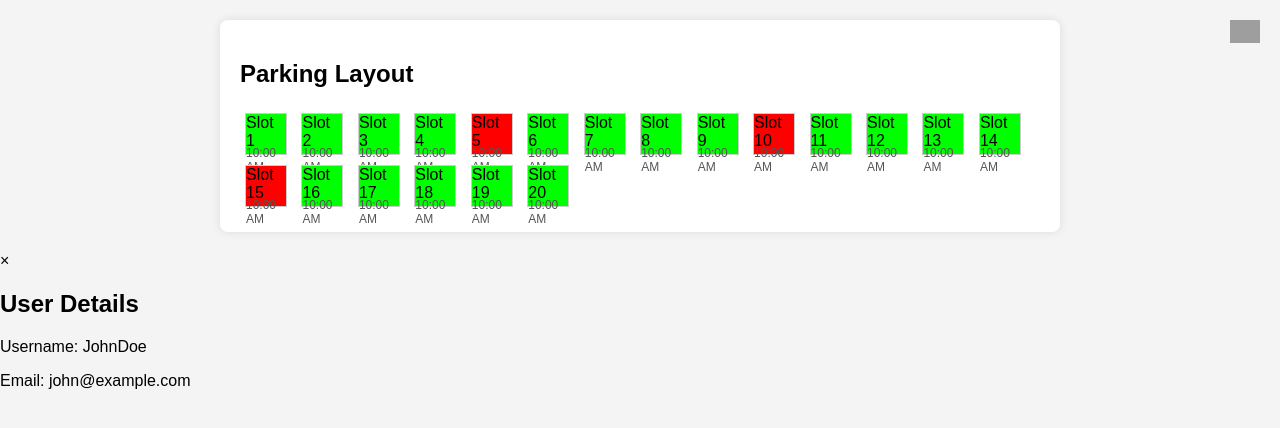
Repository: suryavishakan/parking_management
Page: http://localhost/slots
These files come from the project's save history. The page is drawn as it stood at one moment and after a run of saves; the edit follows.
The browser window is 1280 px wide. The pictures show the whole page.
Pictures or frames that could not be fetched are drawn as grey boxes. The page is served by the project's application, run on Flask 3 (app.py).

Above is the page before, as saved 2024-04-21 15:01:02.

### templates/slots.html
<!DOCTYPE html>
<html lang="en">
<head>
    <meta charset="UTF-8">
    <meta name="viewport" content="width=device-width, initial-scale=1.0">
    <title>Parking System</title>
    <style>
        body {
            font-family: Arial, sans-serif;
            margin: 0;
            padding: 0;
            background-color: #f4f4f4;
        }
        .parking-layout {
            max-width: 800px;
            margin: 20px auto;
            padding: 20px;
            background-color: #fff;
            border-radius: 8px;
            box-shadow: 0 0 10px rgba(0, 0, 0, 0.1);
        }
        .slot {
            width: 40px;
            height: 40px;
            background-color: #00ff00; /* Green by default */
            border: 1px solid #ccc;
            display: inline-block;
            margin: 5px;
            position: relative;
        }
        .slot.booked {
            background-color: #ff0000; /* Red if booked */
        }
        .slot .time {
            position: absolute;
            bottom: -20px;
            right: 0;
            font-size: 12px;
            color: #555;
        }
        .user-details {
            position: fixed;
            top: 20px;
            right: 20px;
            cursor: pointer;
        }
    </style>
</head>
<body>
    <div class="parking-layout">
        <h2>Parking Layout</h2>
        <div class="slots">
            <!-- Generate parking slots dynamically -->
            <!-- For demonstration purposes, let's assume slots 5, 10, and 15 are booked -->
            <!-- In real application, this data would come from backend -->
            {% for slot in range(1, 21) %}
                <div class="slot {% if slot in [5, 10, 15] %}booked{% endif %}">
                    Slot {{ slot }}
                    <div class="time">10:00 AM</div> <!-- Change this with actual time from backend -->
                </div>
            {% endfor %}
        </div>
    </div>

    <!-- User details modal -->
    <div id="userDetailsModal" class="modal">
        <div class="modal-content">
            <span class="close">&times;</span>
            <!-- Add user details here -->
            <div id="userDetails"></div>
            <h2>User Details</h2>
            <p>Username: JohnDoe</p>
            <p>Email: john@example.com</p>
            <!-- Add more user details as needed -->
        </div>
    </div>

    <div class="user-details" id="userDetailsBtn">
        <img src="user_icon.png" alt="User Icon" width="30">
    </div>

    <script>
        // Get the modal
        var modal = document.getElementById("userDetailsModal");

        // Get the button that opens the modal
        var btn = document.getElementById("userDetailsBtn");

        // Get the <span> element that closes the modal
        var span = document.getElementsByClassName("close")[0];

        // When the user clicks the button, open the modal
        btn.onclick = function() {
            modal.style.display = "block";
        }

        // When the user clicks on <span> (x), close the modal
        span.onclick = function() {
            modal.style.display = "none";
        }

        // When the user clicks anywhere outside of the modal, close it
        window.onclick = function(event) {
            if (event.target == modal) {
                modal.style.display = "none";
            }
        }
    </script>
</body>
</html>

### app.py
from flask import Flask, Response, request, render_template, jsonify, redirect, url_for, request, flash, session
import pymongo
import secrets
import json
from bson.objectid import ObjectId
from bson.json_util import dumps
from functools import wraps

app=Flask(__name__ , template_folder='templates')
app.secret_key = secrets.token_hex(32)

try:
    mongo = pymongo.MongoClient(
        host = 'localhost',
        port = 27017,
        serverSelectionTimeoutMS = 1000
    )
    db = mongo.ParkingManagementSystemDb #connect to mongodb1
    users_collection = db.admin
    user_collection = db["customer"]
    #cart_collection = db["cart"]
    mongo.server_info() #trigger exception if cannot connect to db
except:
    print("Error connecting to MongoDB")

@app.route('/get/admin', methods=['GET'])
def displayall():
  try:
    documents = db.admin.find()
    output = [{item: data[item] for item in data if item != '_id'} for data in documents]
    return jsonify(output)
  except Exception as ex:
    response = Response("Search Records Error!!",status=500,mimetype='application/json')
    return response

# Route for signup page
@app.route('/signup', methods=['GET', 'POST'])
def signup():
    if request.method == 'POST':
        # Get form data
        username = request.form['username']
        password = request.form['password']

        # Check if username already exists
        if user_collection.find_one({'username': username}):
            flash('Username already exists. Please choose a different one.', 'error')
            return redirect(url_for('signup'))

        # Insert user data into database
        user_data = {'username': username, 'password': password}
        user_collection.insert_one(user_data)

        flash('Signup successful. You can now login.', 'success')
        return redirect(url_for('login'))

    return render_template('signup.html')

# Route to get an employee by name
@app.route('/get/user/<user_name>', methods=['GET'])
def get_user_by_name(user_name):
    try:
        # Using a case-insensitive query to match employee name
        document = db.user.find_one({"user_name": {"$regex": f'^{user_name}$', "$options": 'i'}})

        if document:
            # Exclude _id field from the response
            output = {item: document[item] for item in document if item != '_id'}
            return jsonify(output)
        else:
            return Response("USER not found", status=404, mimetype='application/json')

    except Exception as ex:
        app.logger.error(f"Error retrieving user by name: {ex}")
        return Response("Internal Server Error", status=500, mimetype='application/json')

# Route to get all employees
@app.route('/get/allusers', methods=['GET'])
def get_all_users():
    try:
        # Fetch all documents from the 'employee' collection
        documents = db.user.find()

        # Format the response excluding the _id field
        output = [{item: data[item] for item in data if item != '_id'} for data in documents]

        return jsonify(output)

    except Exception as ex:
        app.logger.error(f"Error retrieving all employees: {ex}")
        return Response("Internal Server Error", status=500, mimetype='application/json')

# Route to update employee details by name
@app.route('/update/user/<user_name>', methods=['PUT'])
def update_user_by_name(user_name):
    try:
        # Using a case-insensitive query to match employee name
        result = db.user.update_one(
            {"employee_name": {"$regex": f'^{user_name}$', "$options": 'i'}},
            {"$set": request.get_json()}
        )

        if result.modified_count > 0:
            return Response("User details updated successfully", status=200, mimetype='application/json')
        else:
            return Response("User not found", status=404, mimetype='application/json')

    except Exception as ex:
        app.logger.error(f"Error updating User details by name: {ex}")
        return Response("Internal Server Error", status=500, mimetype='application/json')

@app.route('/')
def homePage():
    try:
        # Fetch all products from the database
        products_cursor = db.product.find()

        # Convert the cursor to a list of dictionaries
        products = list(products_cursor)

        return render_template('homePage.html', products=products)
    except Exception as ex:
        app.logger.error(f"Error fetching products: {ex}")
        flash('Error fetching products', 'error')
        return render_template('homePage.html', products=[])

# Flask route to render the profile page
@app.route('/profile')
def profile():
    try:
        # Assuming you have a collection named 'users' in your MongoDB
        # Fetch user details from the 'users' collection
        user = db.user.find_one({'username': session['username']})

        if user:
            # Render the profile template with the user details
            return render_template('profile.html', user=user)
        else:
            flash('User details not found', 'error')
            return redirect(url_for('login'))
    except Exception as ex:
        app.logger.error(f"Error fetching user details: {ex}")
        flash('Error fetching user details', 'error')
        return redirect(url_for('login'))

@app.route('/select_user_type', methods=['POST'])
def select_user_type():
    user_type = request.form.get('userType')

    if user_type == 'admin':
        return redirect(url_for('login'))
    elif user_type == 'user':
        return redirect(url_for('login'))
    else:
        flash('Invalid user type selected', 'error')
        return redirect(url_for('index'))

@app.route('/slots')
def slots():
    # Your slots logic here
    username = session.get('username')

    return render_template('slots.html', username=username)

# Update the Flask route for handling login
@app.route('/login', methods=['GET', 'POST'])
def login():
    if request.method == 'POST':
        username = request.form.get('username')
        password = request.form.get('password')

        # Query MongoDB for admin details
        admin_user = users_collection.find_one({'username': username, 'password': password})

        if admin_user:
            # Store admin credentials in the session
            session['username'] = username
            session['password'] = password

            return redirect(url_for('admin_panel'))
        else:
            # Query MongoDB for user details
            user_user = db.user.find_one({'username': username, 'password': password})

            if user_user:
                # Store user credentials in the session
                session['username'] = username
                session['password'] = password

                return redirect(url_for('slots'))
            else:
                flash('Invalid username or password', 'error')

    return render_template('login.html')


# New route for employee details
@app.route('/user_details')
def user_details():
    # Check if user is authenticated as an employee
    try:
    # if 'username' in session and 'password' in session == 'employee':
        # Fetch employee details based on the stored credentials
        user = db.user.find_one({'username': session['username'], 'password': session['password']})

        if user:
            return render_template('user_details.html', user=user)
        else:
            flash('Unauthorized access', 'error')
            return redirect(url_for('login'))

    except Exception as ex:
        app.logger.error(f"Error fetching user data: {ex}")
        flash(f'Error fetching user data: {ex}', 'error')

    return render_template('user_details.html', user={})

# Route to render the update employee page
@app.route('/update_user/<user_name>', methods=['GET', 'POST'])
def update_user_page(user_name):
    try:
        # Fetch the employee details from the database using the employee name
        user = db.user.find_one({"user_name": {"$regex": f'^{user_name}$', "$options": 'i'}})

        if user:
            # Render the update employee page with the employee details
            return render_template('update_user.html', user=user)
        else:
            return Response("User not found", status=404, mimetype='application/json')

    except Exception as ex:
        app.logger.error(f"Error rendering update_user page: {ex}")
        return Response("Internal Server Error", status=500, mimetype='application/json')

# Route to handle the form submission for updating employee details
@app.route('/submit_update_user/<user_name>', methods=['POST'])
def submit_update_user(user_name):
    try:
        # Use the employee name parameter to identify the employee being updated
        user_name = user_name

        # Update the employee details in the database using request.form.to_dict()
        updated_user_data = request.form.to_dict()

        # Assuming you have a 'employee' collection in your MongoDB
        result = db.user.update_one(
            {"user_name": {"$regex": f'^{user_name}$', "$options": 'i'}},
            {"$set": request.form.to_dict()}
        )

        if result.modified_count > 0:
            flash('user details updated successfully', 'success')
        else:
            flash('user not found', 'error')

    except Exception as ex:
        app.logger.error(f"Error updating user details: {ex}")
        flash('Error updating user details', 'error')

    # Redirect to the admin page after the update
    return redirect(url_for('admin'))

# Route for admin panel
@app.route('/admin', methods=['GET', 'POST'])
def admin_panel():
    if 'username' in session and 'password' in session:
        # Check if the user is an admin
        admin_user = users_collection.find_one({'username': session['username'], 'password': session['password']})
        if admin_user:
            # Render the admin panel page
            return render_template('admin.html')

    # If user is not authenticated or not an admin, redirect to login page
    flash('Unauthorized access', 'error')
    return redirect(url_for('login'))


if __name__ == '__main__':
    app.run(port=5000, debug=True)

After the next 3 saves:
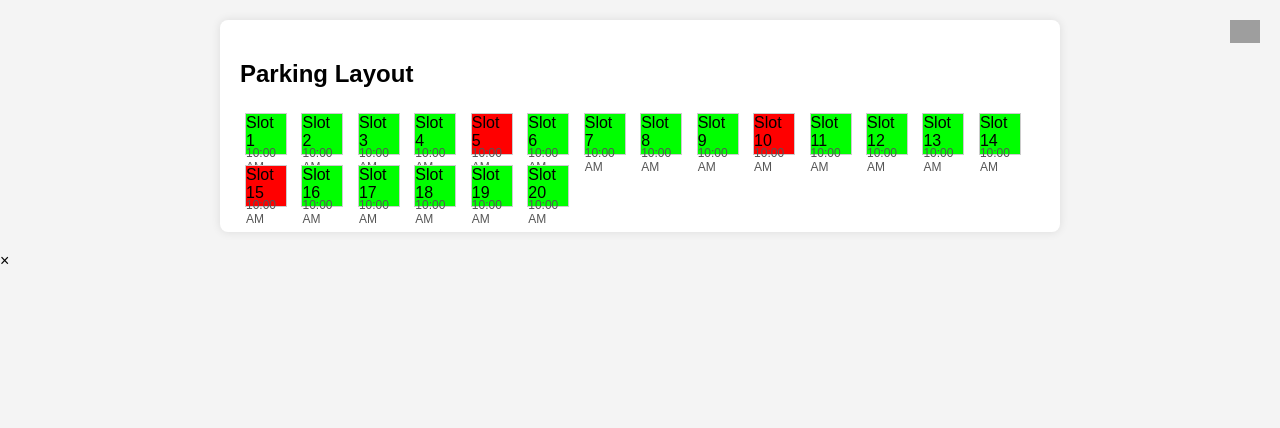
The 3 saves are shown as one change because they came seconds apart.
The last was saved 32 s later.
--- a/templates/slots.html
+++ b/templates/slots.html
@@ -68,7 +68,7 @@
             <span class="close">&times;</span>
             <!-- Add user details here -->
             <div id="userDetails"></div>
-            <h2>User Details</h2>
+            <!--<h2>User Details</h2>
             <p>Username: JohnDoe</p>
             <p>Email: john@example.com</p>
             <!-- Add more user details as needed -->
